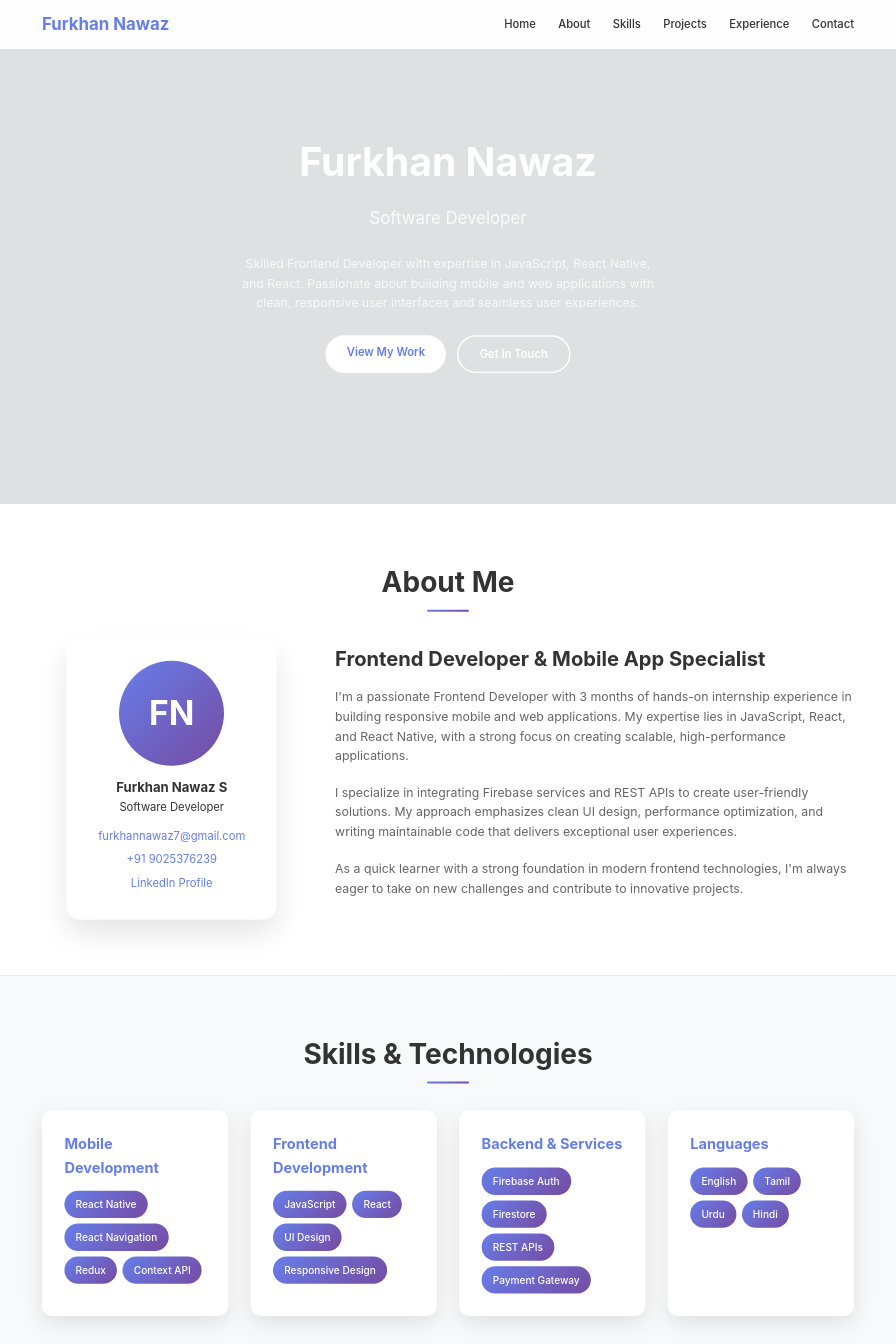
Repository: nawaz1568/portfolio
Page: index.html
These files come from the project's save history. The page is drawn as it stood at one moment and after a run of saves; the edit follows.
The browser window is 1280 px wide. The pictures show the part of the page from y = 0 to 1920 px (the page is 3732 px tall before and 1529 px after), at 70% of full size.

Above is the page before, as saved 2025-08-05 21:45:30.

After the next 2 saves:
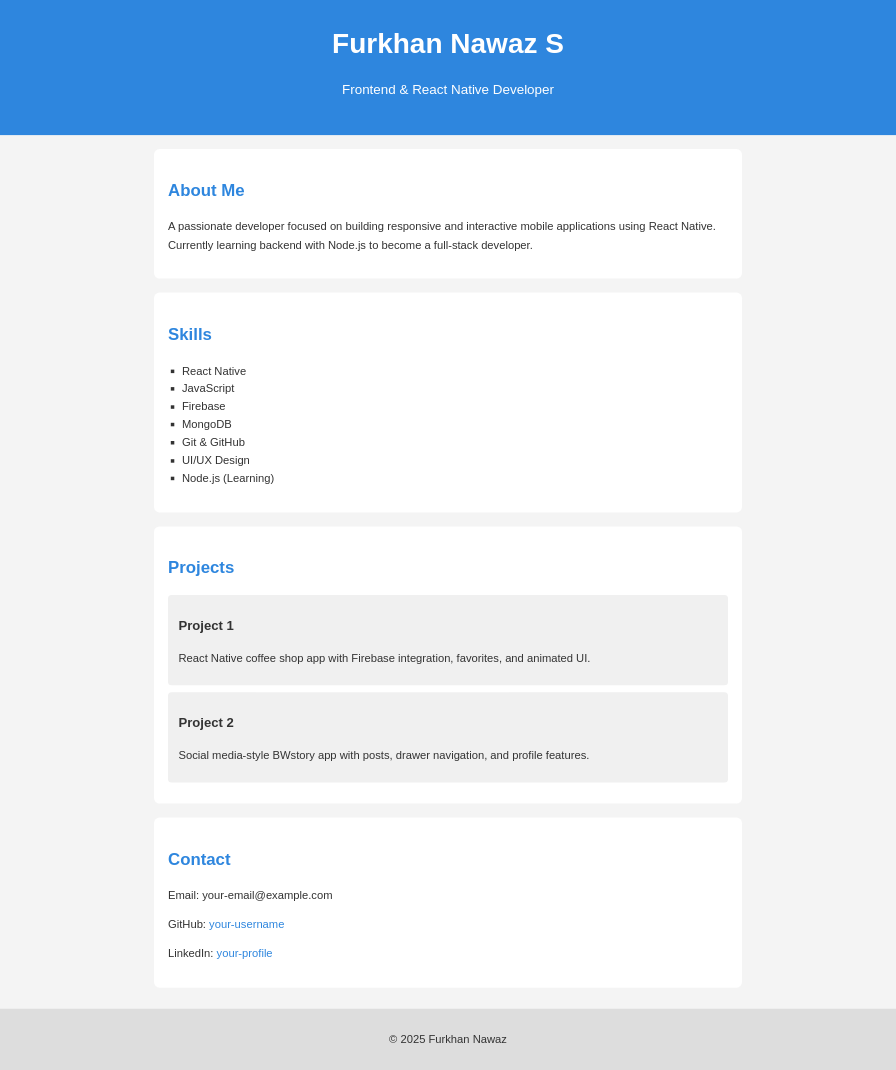
The 2 saves are shown as one change because they came seconds apart.
The last was saved 4 min 57 s later.
--- a/index.html
+++ b/index.html
@@ -1,4 +1,4 @@
-<!DOCTYPE html>
+<!-- <!DOCTYPE html>
 <html lang="en">
 <head>
     <meta charset="UTF-8">
@@ -704,4 +704,131 @@
         });
     </script>
 </body>
+</html> -->
+<!DOCTYPE html>
+<html lang="en">
+<head>
+  <meta charset="UTF-8" />
+  <meta name="viewport" content="width=device-width, initial-scale=1.0"/>
+  <title>Furkhan Nawaz Portfolio</title>
+  <style>
+    body {
+      font-family: Arial, sans-serif;
+      line-height: 1.6;
+      margin: 0;
+      padding: 0;
+      background: #f4f4f4;
+      color: #333;
+    }
+
+    header {
+      background: #2e86de;
+      color: #fff;
+      padding: 30px 0;
+      text-align: center;
+    }
+
+    header h1 {
+      margin: 0;
+      font-size: 2.5rem;
+    }
+
+    header p {
+      font-size: 1.2rem;
+    }
+
+    section {
+      padding: 20px;
+      max-width: 800px;
+      margin: auto;
+      background: #fff;
+      margin-top: 20px;
+      border-radius: 8px;
+    }
+
+    h2 {
+      color: #2e86de;
+    }
+
+    ul {
+      list-style: square;
+      padding-left: 20px;
+    }
+
+    .project {
+      background: #f0f0f0;
+      padding: 10px 15px;
+      margin: 10px 0;
+      border-radius: 5px;
+    }
+
+    a {
+      color: #2e86de;
+      text-decoration: none;
+    }
+
+    a:hover {
+      text-decoration: underline;
+    }
+
+    footer {
+      text-align: center;
+      padding: 15px;
+      background: #ddd;
+      margin-top: 30px;
+    }
+  </style>
+</head>
+<body>
+
+  <header>
+    <h1>Furkhan Nawaz S</h1>
+    <p>Frontend & React Native Developer</p>
+  </header>
+
+  <section id="about">
+    <h2>About Me</h2>
+    <p>
+      A passionate developer focused on building responsive and interactive mobile applications using React Native.
+      Currently learning backend with Node.js to become a full-stack developer.
+    </p>
+  </section>
+
+  <section id="skills">
+    <h2>Skills</h2>
+    <ul>
+      <li>React Native</li>
+      <li>JavaScript</li>
+      <li>Firebase</li>
+      <li>MongoDB</li>
+      <li>Git & GitHub</li>
+      <li>UI/UX Design</li>
+      <li>Node.js (Learning)</li>
+    </ul>
+  </section>
+
+  <section id="projects">
+    <h2>Projects</h2>
+    <div class="project">
+      <h3>Project 1</h3>
+      <p>React Native coffee shop app with Firebase integration, favorites, and animated UI.</p>
+    </div>
+    <div class="project">
+      <h3>Project 2</h3>
+      <p>Social media-style BWstory app with posts, drawer navigation, and profile features.</p>
+    </div>
+  </section>
+
+  <section id="contact">
+    <h2>Contact</h2>
+    <p>Email: your-email@example.com</p>
+    <p>GitHub: <a href="https://github.com/your-username" target="_blank">your-username</a></p>
+    <p>LinkedIn: <a href="https://linkedin.com/in/your-profile" target="_blank">your-profile</a></p>
+  </section>
+
+  <footer>
+    <p>© 2025 Furkhan Nawaz</p>
+  </footer>
+
+</body>
 </html>
